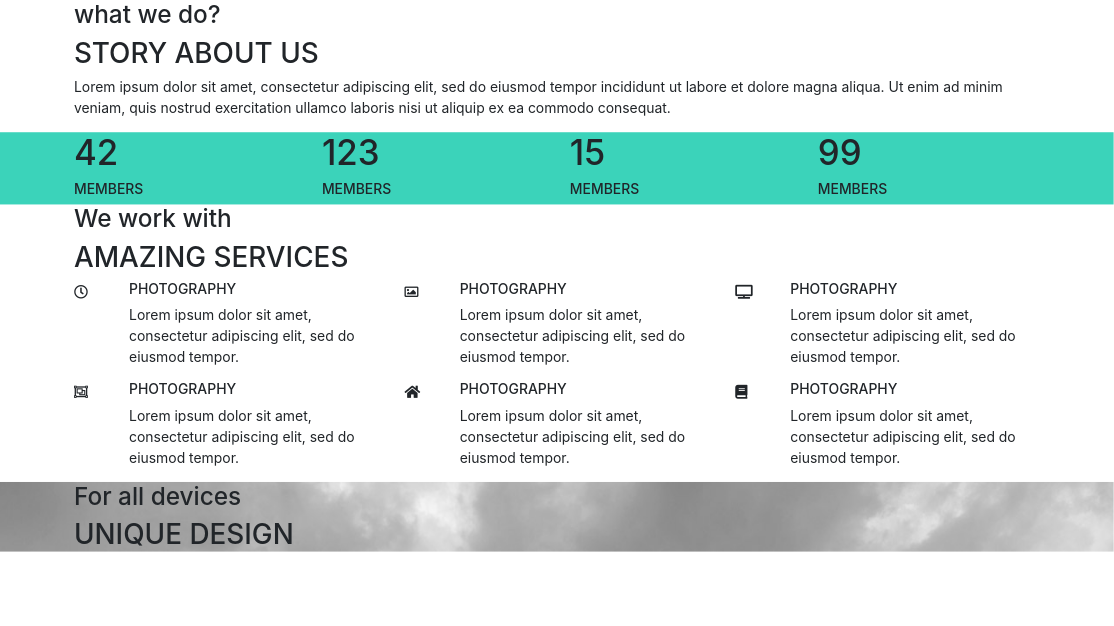
Repository: nourabdelhakam/MoGo-template
Page: index.html
The author's editor kept a copy of each file at every save. The page is drawn from the files as they stood at one save, then again after the next save.
The browser window is 1280 px wide. The pictures show the whole page, at 87% of full size.
Some web libraries are served in a nearby version. The style sheet was rebuilt from its Sass, Less or Tailwind sources for each picture, by a compiler version that may differ from the author's.

Above is the page before, as saved 2021-02-21 19:31:51.

### index.html
<!DOCTYPE html>
<html lang="en">
<head>
    <meta charset="UTF-8">
    <meta name="viewport" content="width=device-width, initial-scale=1.0">
    <link rel="stylesheet" href="https://cdnjs.cloudflare.com/ajax/libs/font-awesome/5.8.2/css/all.min.css" crossorigin="anonymous" />
    <title>Document</title>
    <link rel="stylesheet" href="css/bootstrap.min.css">
    <link rel="stylesheet" href="sass/main.css">
</head>
<body>
    <!-- WHAT WE DO------------------------------------- -->
    <section>
        <div class="container">
            <h3>what we do?</h3>
            <h2>STORY ABOUT US</h2>
            <p>Lorem ipsum dolor sit amet, consectetur adipiscing elit, sed do eiusmod tempor incididunt ut labore et dolore magna aliqua. Ut enim ad minim veniam, quis nostrud exercitation ullamco laboris nisi ut aliquip ex ea commodo consequat.</p>
            <div class="row"></div>
        </div>
    </section>
    <!--ENd WHAT WE DO------------------------------------- -->

    <!--STATISTICS------------------------------------- -->
    <section class="statistices">
        <div class="container">
            <div class="row">
                <div class="col">
                    <h1>42</h1>
                    <h6>MEMBERS</h6>
                </div>
                <div class="col">
                    <h1>123</h1>
                    <h6>MEMBERS</h6>
                </div>
                <div class="col">
                    <h1>15</h1>
                    <h6>MEMBERS</h6>
                </div>
                <div class="col">
                    <h1>99</h1>
                    <h6>MEMBERS</h6>
                </div>
            </div>
        </div>
    </section>
    <!--END OF STATISTICS------------------------------------- -->

    <!-- We work with -------------------------------------------->
    <section>
        <div class="container">
            <h3>We work with</h3>
            <h2>AMAZING SERVICES</h2>
            <div class="row">

                <div class="col-xl-4 col-md-4 col-sm-12 col-xs-12">
                    <div class="row">
                        <div class="col-2"><i class="far fa-clock"></i></div>
                        <div class="col-10">
                            <h6>PHOTOGRAPHY</h6>
                            <p>Lorem ipsum dolor sit amet, consectetur adipiscing elit, sed do eiusmod tempor.</p>
                        </div>
                    </div>
                </div>

                <div class="col-xl-4 col-md-4 col-sm-12 col-xs-12">
                    <div class="row">
                        <div class="col-2"><i class="far fa-image"></i></div>
                        <div class="col-10">
                            <h6>PHOTOGRAPHY</h6>
                            <p>Lorem ipsum dolor sit amet, consectetur adipiscing elit, sed do eiusmod tempor.</p>
                        </div>
                    </div>
                </div>

                <div class="col-xl-4 col-md-4 col-sm-12 col-xs-12">
                    <div class="row">
                        <div class="col-2"><i class="fas fa-tv"></i></div>
                        <div class="col-10">
                            <h6>PHOTOGRAPHY</h6>
                            <p>Lorem ipsum dolor sit amet, consectetur adipiscing elit, sed do eiusmod tempor.</p>
                        </div>
                    </div>
                </div>

                <div class="col-xl-4 col-md-4 col-sm-12 col-xs-12">
                    <div class="row">
                        <div class="col-2"><i class="far fa-object-group"></i></div>
                        <div class="col-10">
                            <h6>PHOTOGRAPHY</h6>
                            <p>Lorem ipsum dolor sit amet, consectetur adipiscing elit, sed do eiusmod tempor.</p>
                        </div>
                    </div>
                </div>

                <div class="col-xl-4 col-md-4 col-sm-12 col-xs-12">
                    <div class="row">
                        <div class="col-2"><i class="fas fa-home"></i></div>
                        <div class="col-10">
                            <h6>PHOTOGRAPHY</h6>
                            <p>Lorem ipsum dolor sit amet, consectetur adipiscing elit, sed do eiusmod tempor.</p>
                        </div>
                    </div>
                </div>

                <div class="col-xl-4 col-md-4 col-sm-12 col-xs-12">
                    <div class="row">
                        <div class="col-2"><i class="fas fa-book"></i></div>
                        <div class="col-10">
                            <h6>PHOTOGRAPHY</h6>
                            <p>Lorem ipsum dolor sit amet, consectetur adipiscing elit, sed do eiusmod tempor.</p>
                        </div>
                    </div>
                </div>
            </div>
        </div>
    </section>
    <!-- end of We work with -------------------------------------------->

    <!-- For all devices------------------------------------------------- -->
    <section class="uniqe_design">
        <div class="container">
            <h3>For all devices</h3>
            <h2>UNIQUE DESIGN</h2>
        </div>
    </section>
    <!-- END OF For all devices------------------------------------------------- -->


   <!-----------------------.------------------------------------------- -- -->
   <script src="js/jquery-3.5.1.slim.min.js"></script>
   <script src="js/popper.min.js"></script>

   <script src="js/bootstrap.min.js"></script>
</body>
</html>

### sass/main.scss
body {
    background-color: #FFFFFF;
}
.statistices {
    background-color: #3BD3BA;
}
.uniqe_design {
    background-image: url(../assets/img/divicebg.jpg);
}

Loaded but not shown: css/bootstrap.min.css (library); js/jquery-3.5.1.slim.min.js (library); js/popper.min.js (library); js/bootstrap.min.js (library)

After the next save:
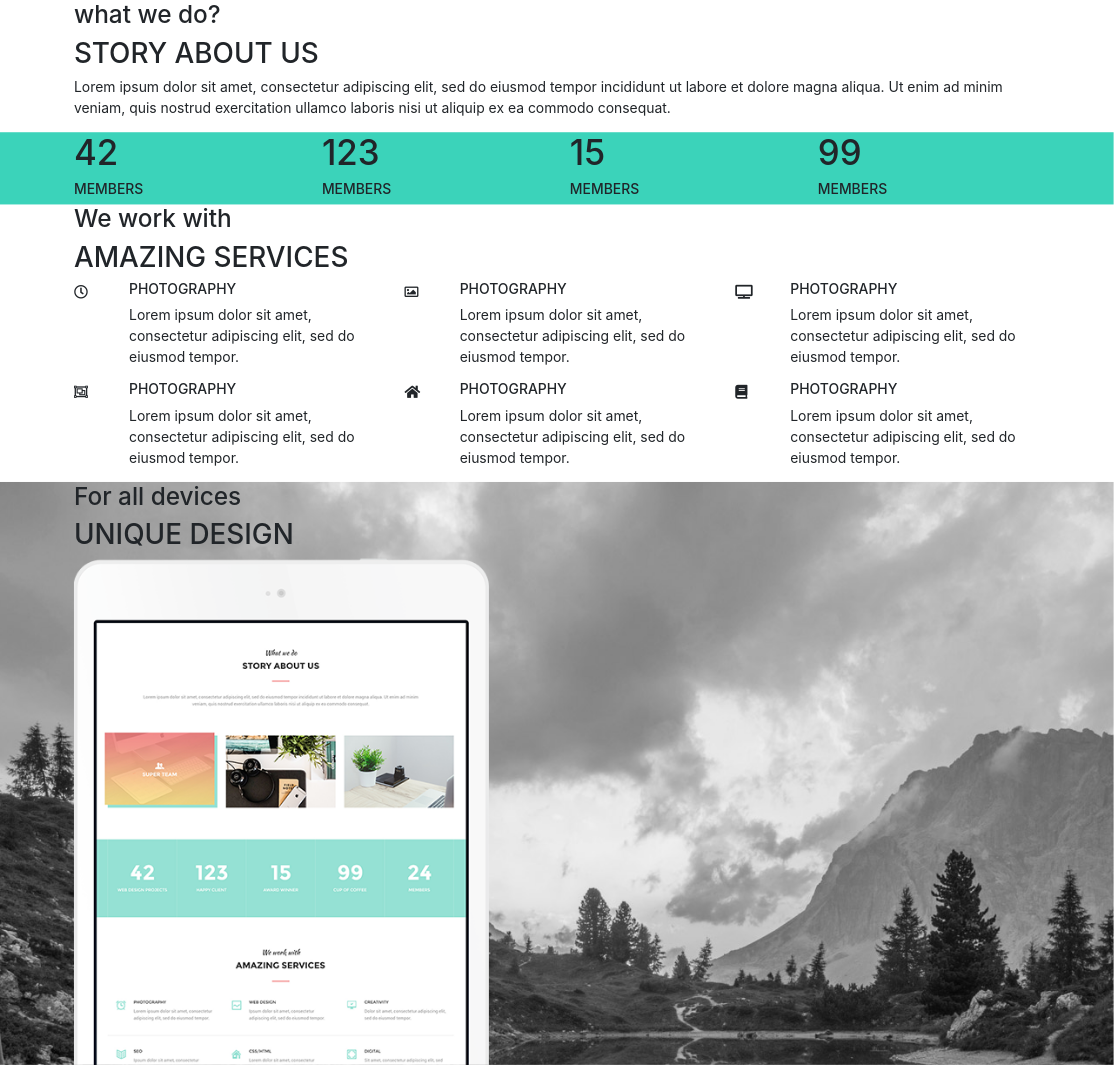
Saved 3 min 43 s later.
--- a/index.html
+++ b/index.html
@@ -121,6 +121,7 @@
         <div class="container">
             <h3>For all devices</h3>
             <h2>UNIQUE DESIGN</h2>
+            <img class="img-fluid" src="./assets/img/device1.png" alt="">
         </div>
     </section>
     <!-- END OF For all devices------------------------------------------------- -->
